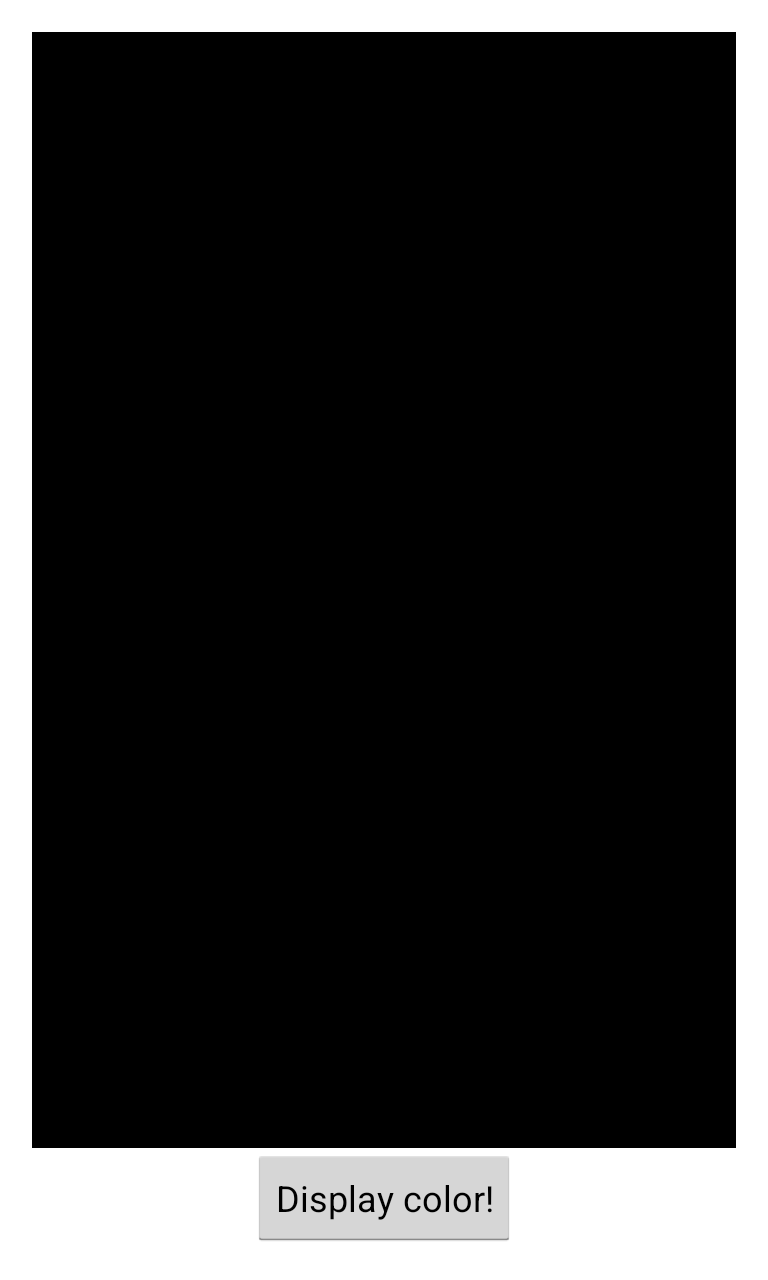
Repository: me222rs/AndroidLab1
Layout: ColorDisplay/res/layout/activity_color_display.xml
An editor plug-in stored every save of this project. The layout is shown before and after the next save, followed by the edit.
It is drawn on a 768 x 1280 px phone screen (xhdpi) without system bars, with theme AppTheme; the app's code is not run.

Above is the layout before, as saved 2014-11-18 11:10:05.

### ColorDisplay/res/layout/activity_color_display.xml
<LinearLayout xmlns:android="http://schemas.android.com/apk/res/android"
    android:orientation="vertical"
    xmlns:tools="http://schemas.android.com/tools"
    android:layout_width="match_parent"
    android:layout_height="match_parent"
    android:paddingBottom="@dimen/activity_vertical_margin"
    android:paddingLeft="@dimen/activity_horizontal_margin"
    android:paddingRight="@dimen/activity_horizontal_margin"
    android:paddingTop="@dimen/activity_vertical_margin"
    tools:context="com.example.colordisplay.ColorDisplay" >



        <TextView android:id="@+id/background"
        android:layout_weight="1"
        android:layout_width="match_parent"
        android:layout_height="0dp"
		android:background="#000"
        android:gravity="center"/>

    <LinearLayout>
        <EditText android:id="@+id/red"

        android:inputType="number"
		android:layout_width="wrap_content"
		android:layout_height="wrap_content"
		android:hint="Red"
		/>



        <EditText android:id="@+id/blue"
        android:inputType="number"
		android:layout_width = "wrap_content"
		android:layout_height="wrap_content"
		android:hint="Blue"/>

        <EditText android:id="@+id/green"
        android:inputType="number"
		android:layout_width = "wrap_content"
		android:layout_height="wrap_content"
		android:hint="Green"/>
</LinearLayout>

        <Button android:id="@+id/displayColor"
    	android:layout_height="50dp"
    	android:layout_width="wrap_content"
        android:layout_gravity="center"
       	android:text="Display color!" />


</LinearLayout>

Loaded but not shown: ColorDisplay/res/values/styles.xml (common file); ColorDisplay/res/values-v11/styles.xml (common file); ColorDisplay/res/values-v14/styles.xml (common file); ColorDisplay/res/values/dimens.xml (common file); ColorDisplay/res/values-w820dp/dimens.xml (common file)

After the next save:
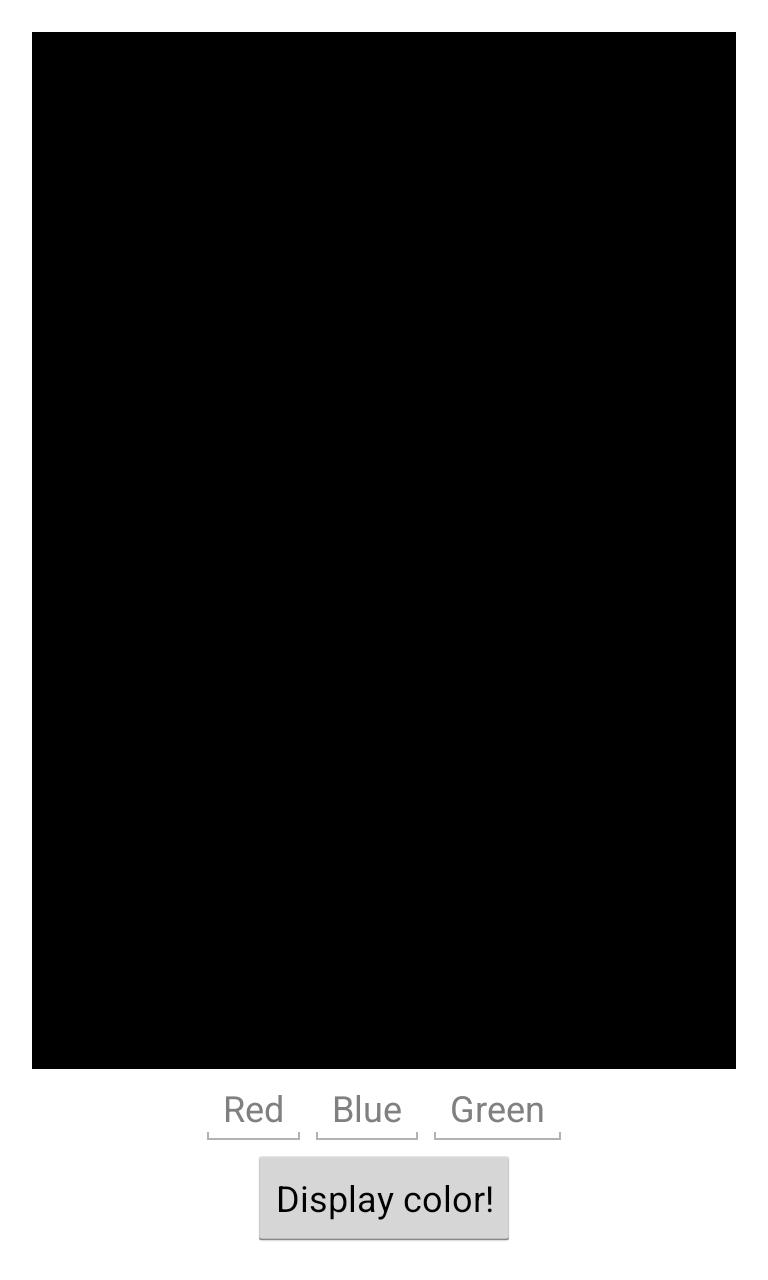
Saved 46 s later.
--- a/ColorDisplay/res/layout/activity_color_display.xml
+++ b/ColorDisplay/res/layout/activity_color_display.xml
@@ -18,7 +18,11 @@
 		android:background="#000"
         android:gravity="center"/>
 
-    <LinearLayout>
+    <LinearLayout
+            	    android:gravity="center_horizontal"
+			android:orientation="horizontal"
+			android:layout_width="match_parent"
+			android:layout_height="wrap_content" >>
         <EditText android:id="@+id/red"
 
         android:inputType="number"
